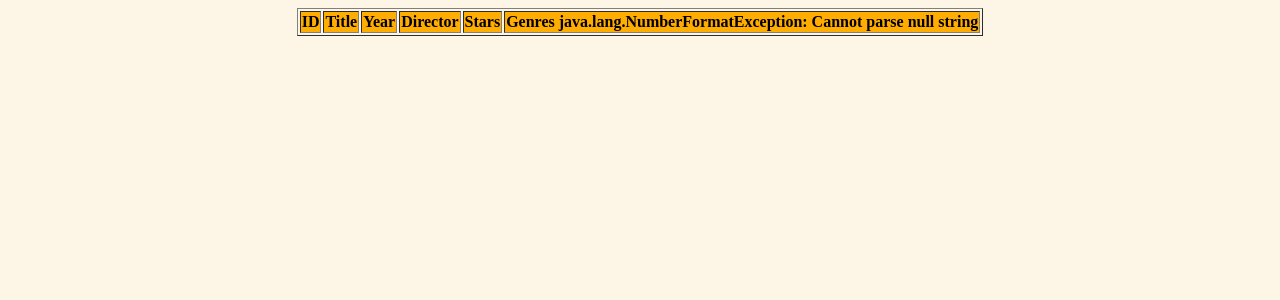
Repository: xzou4/CS221b
Page: http://localhost/fablix/genrelink
These files come from the project's save history. The page is drawn as it stood at one moment and after the next save; the edit follows.
The browser window is 1280 px wide. The pictures show the whole page.
The page is served by Tomcat 9. Other server files are loaded and not shown.

Above is the page before, as saved 2017-02-14 23:34:26.

### fablix/src/genrelink.java


import java.io.IOException;
import java.io.PrintWriter;
import java.sql.Connection;
import java.sql.DriverManager;
import java.sql.ResultSet;
import java.sql.Statement;

import javax.servlet.ServletException;
import javax.servlet.annotation.WebServlet;
import javax.servlet.http.HttpServlet;
import javax.servlet.http.HttpServletRequest;
import javax.servlet.http.HttpServletResponse;

/**
 * Servlet implementation class genrelink
 */
@WebServlet("/genrelink")
public class genrelink extends HttpServlet {
	private static final long serialVersionUID = 1L;

    /**
     * @see HttpServlet#HttpServlet()
     */
    public genrelink() {
        super();
        // TODO Auto-generated constructor stub
    }

	/**
	 * @see HttpServlet#doGet(HttpServletRequest request, HttpServletResponse response)
	 */
	protected void doGet(HttpServletRequest request, HttpServletResponse response) throws ServletException, IOException {
		// TODO Auto-generated method stub
		//response.getWriter().append("Served at: ").append(request.getContextPath());


        response.setContentType("text/html");    // Response mime type

        // Output stream to STDOUT
        PrintWriter out = response.getWriter();
        out.print("<BODY BGCOLOR=\"#FDF5E6\">\n" +
		   		"<TABLE BORDER=1 ALIGN=\"CENTER\">\n" +
		   		"<TR BGCOLOR=\"#FFAD00\">\n" +
		   		"  <TH>ID<TH>Title<TH>Year<TH>Director<TH>Stars<TH>Genres\n" );
        try
        {

           Connection dbcon = helper.createConnection();
           int genreid = Integer.parseInt(request.getParameter("param"));

           //find movie ids for a given genre
           Statement statement = dbcon.createStatement();
           String query = "select movie_id from genres_in_movies where genre_id like '" + genreid + "';";
           ResultSet movieid_set = statement.executeQuery(query);


           ///find movie given id
           while(movieid_set.next())
           {
        	   int movieid = movieid_set.getInt(1);
        	   Statement stm_movies = dbcon.createStatement();
        	   ResultSet movies = stm_movies.executeQuery("select * from movies where id like " + movieid + ";");
        	   movies.next();
        	   //print movie infomation

        	   Statement statement_tmp = dbcon.createStatement();
         	   String query2 = "select star_id from stars_in_movies where movie_id like " + movies.getInt(1);
               ResultSet starids = statement_tmp.executeQuery(query2);

         	   String titleurl = "'titlelink?param=" + movies.getString(2) + "'>";
         	   String starurl = new String("");
         	   while (starids.next())
    		   {
         		   Statement statement_tmp2 = dbcon.createStatement();
         		   int starid = starids.getInt(1);
         		   String star_search_q = "select first_name, last_name from stars where id like " + starid + ";";
         		   ResultSet starname = statement_tmp2.executeQuery(star_search_q);
         		   starname.next();
         		   String star_firstname = starname.getString(1), star_lastname = starname.getString(2);
         		   starurl += "<a href = 'starlink?param=" + starid + "'>" + star_firstname + " " + star_lastname + "</a>, ";
         		   starname.close();
         		   statement_tmp2.close();
    		   }
         	   if  (starurl.length() > 2)
         		   starurl = starurl.substring(0, starurl.length() - 2);


         	   ///find genres for a given movie
         	   String genres = new String();
         	   Statement stm_genres = dbcon.createStatement();
         	   String query_genre = "select genre_id from genres_in_movies where movie_id like " + movies.getInt(1) + ";";
         	   ResultSet genres_set = stm_genres.executeQuery(query_genre);
         	   while (genres_set.next())
         	   {
         		   int genre_id = genres_set.getInt(1);
         		   Statement stm_genre_name = dbcon.createStatement();
         		   ResultSet genre_name = stm_genre_name.executeQuery("select name from genres where id like " + genre_id + ";");
         		   genre_name.next();
         		   String name = genre_name.getString(1);
         		   genres += name + ", ";
         		   stm_genre_name.close();
         		   genre_name.close();
         	   }
         	   if (genres.length() > 2)
         		   genres = genres.substring(0, genres.length() -2);
         	   stm_genres.close();
         	   genres_set.close();

         	   out.println("<TR>\n" +
         			   		"  <TD>" + movies.getInt(1) +
         			   		"  <TD><a href = " + titleurl + movies.getString(2) + "</a>" +
         			   		"  <TD>" + movies.getInt(3) +
         			   		"  <TD>" + movies.getString(4) +
         			   		"  <TD>" + starurl +
         			   		"  <TD>" + genres +

         			   		"</TR>\n");
         	   starids.close();
         	   statement_tmp.close();


        	   stm_movies.close();
        	   movies.close();
           }
           out.println("</TABLE>\n");
           out.println("</BODY></HTML>");
           dbcon.close();
           statement.close();

        }
        catch (Exception e)
        {
        	out.println(e);
        }
	}

	/**
	 * @see HttpServlet#doPost(HttpServletRequest request, HttpServletResponse response)
	 */
	protected void doPost(HttpServletRequest request, HttpServletResponse response) throws ServletException, IOException {
		// TODO Auto-generated method stub
		doGet(request, response);
	}

}

### fablix/src/helper.java
import java.io.IOException;
import java.io.PrintWriter;
import java.sql.Connection;
import java.sql.DriverManager;
import java.sql.ResultSet;
import java.sql.SQLException;
import java.sql.Statement;

import javax.servlet.ServletException;
import javax.servlet.annotation.WebServlet;
import javax.servlet.http.HttpServlet;
import javax.servlet.http.HttpServletRequest;
import javax.servlet.http.HttpServletResponse;

public class helper {

	public static Connection createConnection() throws InstantiationException, IllegalAccessException, ClassNotFoundException, SQLException
	{
		String loginUser = "root";
		String loginPassword = "281313";

		String loginUrl = "jdbc:mysql://localhost:3306/moviedb";

		Class.forName("com.mysql.jdbc.Driver").newInstance();

        Connection dbcon = DriverManager.getConnection(loginUrl, loginUser, loginPassword);

        return dbcon;
	}

	public static String getMovieName(int id)
	{
		try
		{
			Connection dbcon = createConnection();

			Statement statement = dbcon.createStatement();
			ResultSet title = statement.executeQuery("select title from movies where id like " + id + ";");
			title.next();
			return title.getString(1);
		}
		catch(Exception e)
		{
			System.out.println(e);
		}
		return "";
	}
}

After the next save:
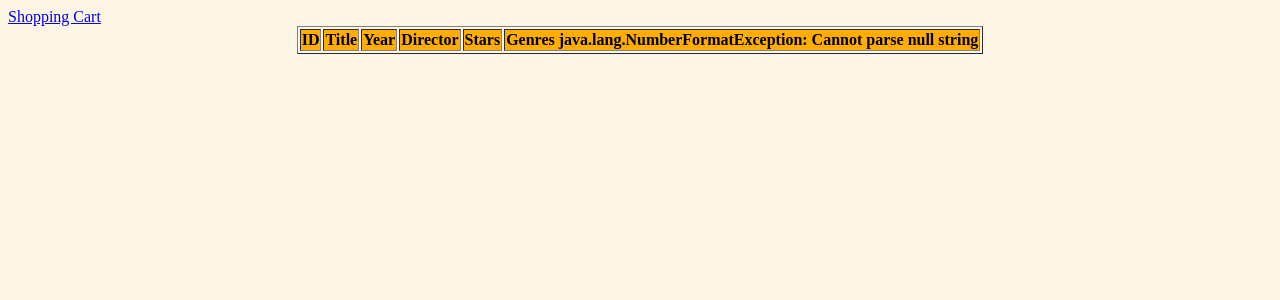
Saved 19 s later.
--- a/fablix/src/genrelink.java
+++ b/fablix/src/genrelink.java
@@ -40,6 +40,7 @@ public class genrelink extends HttpServlet {
 
         // Output stream to STDOUT
         PrintWriter out = response.getWriter();
+        out.println("<a href='shoppingcart.jsp'>Shopping Cart</a>");
         out.print("<BODY BGCOLOR=\"#FDF5E6\">\n" +
 		   		"<TABLE BORDER=1 ALIGN=\"CENTER\">\n" +
 		   		"<TR BGCOLOR=\"#FFAD00\">\n" +
